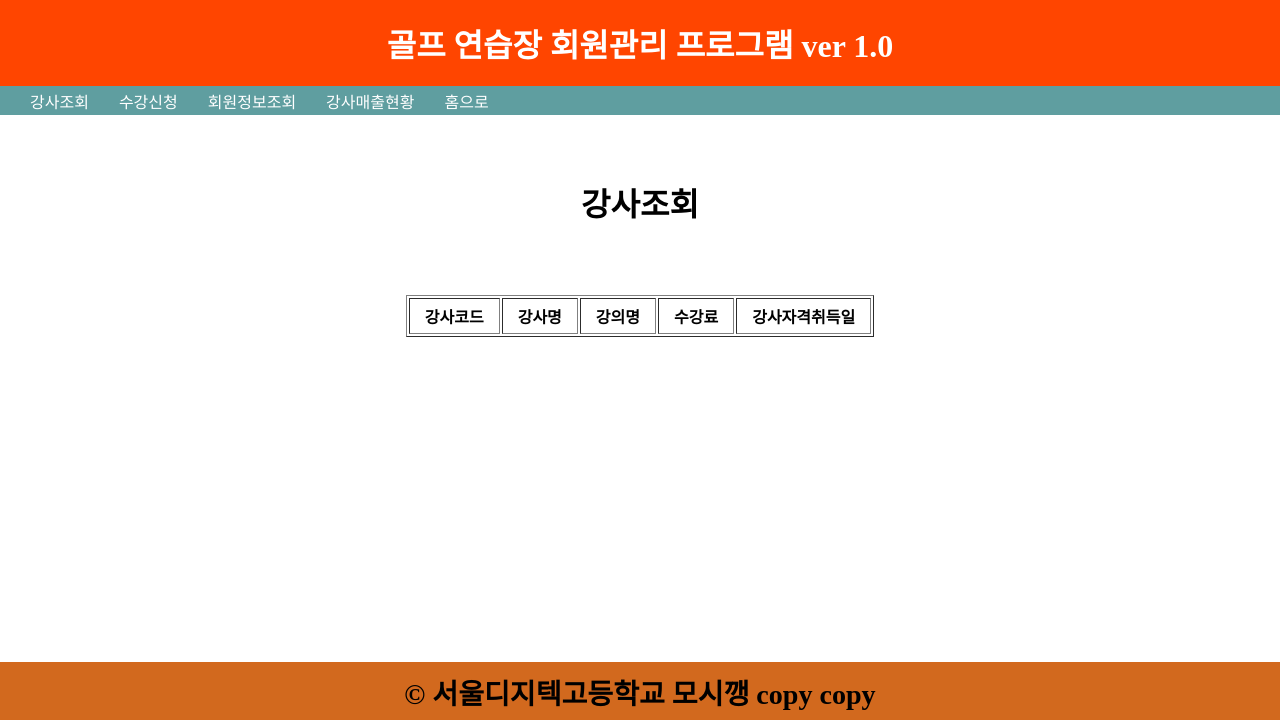
Repository: balhyo-younjisang/DigitechJSP
Page: http://localhost/golf/select.jsp
An editor plug-in stored every save of this project. The page is shown before and after the next save, followed by the edit.
The browser window is 1280 px wide. The pictures show the whole page.
The page is served by Tomcat 9. Queries for data that is not in the repository find no rows.

Above is the page before, as saved 2025-04-11 05:07:10.

### pizza0403/golf/src/main/webapp/select.jsp
<%@page import="java.sql.ResultSet"%>
<%@page import="java.sql.PreparedStatement"%>
<%@page import="golf.DBConnection"%>
<%@page import="java.sql.Connection"%>
<%@ page language="java" contentType="text/html; charset=UTF-8"
	pageEncoding="UTF-8"%>
<%
	Connection conn = DBConnection.getConnection();
	String sql = "SELECT m.MEM_NO, MEM_NM, to_char(to_date(class_ym, 'yyyymm'), 'yyyy\"년\"mm\"월\"') class_ym, class_nm, class_loc,"
			+ " trim(to_char(case when substr(m.mem_no, 1, 1) = '2' then ( t.class_price / 2) else t.class_price end, 'L999,999,999')) class_price,"
	+ " case when substr(m.mem_no, 1, 1) = '2' then 'VIP' else '일반' end"
	+ " FROM TBL_MEMBER_202305 m, tbl_class_202305 c, tbl_teacher_202305 t"
	+ " where m.mem_no = c.mem_no and c.teacher_cd = t.teacher_cd";
	PreparedStatement pstmt = conn.prepareStatement(sql);
	ResultSet rs = pstmt.executeQuery();
%>
<!DOCTYPE html>
<html>
<head>
<meta charset="UTF-8">
<title>골프 연습장 회원관리 프로그램 ver 1.0</title>
<link rel="stylesheet" href="./css/style.css">
</head>
<body>
	<%@ include file="./component/header.jsp"%>
	<main>
		<section class="title">
			<h2>강사조회</h2>
		</section>
		<section class="content">
			<form>
				<table border="1">
					<tr>
						<th>강사코드</th>
						<th>강사명</th>
						<th>강의명</th>
						<th>수강료</th>
						<th>강사자격취득일</th>
					</tr>
					<% while(rs.next()) { %>
					<tr>
						<td><%=rs.getString("teacher_cd") %></td>
						<td><%=rs.getString("teacher_nm") %></td>
						<td><%=rs.getString("class_nm") %></td>
						<td><%=rs.getString("class_price") %></td>
						<td><%=rs.getString("register_date") %></td>
					</tr>
					<% } %>
				</table>
			</form>
		</section>
	</main>
	<%@ include file="./component/footer.jsp"%>
</body>
<%
	DBConnection.close(rs, pstmt, conn);
%>
</html>

### pizza0403/golf/src/main/webapp/component/header.jsp
<%@ page language="java" contentType="text/html; charset=UTF-8"
	pageEncoding="UTF-8"%>
<header>
	<div>
		<h1>골프 연습장 회원관리 프로그램 ver 1.0</h1>
	</div>
	<nav>
		<ul class="gnb">
			<li><a href="teacher.jsp">강사조회</a></li>
			<li><a href="register.jsp">수강신청</a></li>
			<li><a href="select.jsp">회원정보조회</a></li>
			<li><a href="cost.jsp">강사매출현황</a></li>
			<li><a href="index.jsp">홈으로</a></li>
		</ul>
	</nav>
</header>

### pizza0403/golf/src/main/webapp/component/footer.jsp
<%@ page language="java" contentType="text/html; charset=UTF-8"
    pageEncoding="UTF-8"%>
<footer>
	<h3>
		&copy; 서울디지텍고등학교 모시깽 copy copy
	</h3>
</footer>

### pizza0403/golf/src/main/java/golf/DBConnection.java
package golf;

import java.sql.Connection;
import java.sql.DriverManager;
import java.sql.PreparedStatement;
import java.sql.ResultSet;

public class DBConnection {
	public static Connection getConnection() {
		Connection conn = null;
		try {
			Class.forName("oracle.jdbc.OracleDriver");
			conn = DriverManager.getConnection("jdbc:oracle:thin:@localhost:1521:xe", "system", "1234");
		} catch (Exception e) {
			System.out.println("DBConnection Failed :: e");
			e.printStackTrace();
		}

		return conn;
	}

	public static void close(PreparedStatement pstmt, Connection conn) {
		try {
			if(pstmt != null) pstmt.close();
			if(conn != null) conn.close();
		} catch (Exception e) {
			System.out.println("DBConnection close Failed :: e");
			e.printStackTrace();
		}
	}

	public static void close(ResultSet rs, PreparedStatement pstmt, Connection conn) {
		try {
			if(rs != null) rs.close();
			if(pstmt != null) pstmt.close();
			if(conn != null) conn.close();
		} catch (Exception e) {
			System.out.println("DBConnection close Failed :: e");
			e.printStackTrace();
		}
	}
}

### pizza0403/golf/src/main/webapp/css/style.css
@charset "UTF-8";

* {
	margin: 0;
	padding: 0;
	box-sizing: border-box;
}

a {
	text-decoration: none;
	color: inherit;
}

ul, li {
	list-style: none;
}

header {
	width: 100vw;
	height: 16vh;
}

header div {
	display: flex;
	align-items: center;
	justify-content: center;
	height: 12vh;
	background-color: orangered;
	color: white;
}

nav .gnb {
	display: flex;
	align-items: center;
	gap: 30px;
	padding-left: 30px;
	height: 4vh;
	background-color: cadetblue;
	color: white;
}

main {
	width: 100vw;
	height: calc(100vh - 16vh - 8vh);
}

main .title h2 {
	text-align: center;
	font-size: 32px;
	line-height: 180px;
	font-weight: bold;
}

main .content table tr {
	text-align: center;
}

main .content table th, td {
	padding: 5px 15px;
}

main .content {
	width: 100vw;
	display: flex;
	align-items: center;
	justify-content: center;
}

footer {
	width: 100vw;
	position: fixed;
	height: 8vh;
	bottom: 0;
	left: 0;
	background-color: chocolate;
	display: flex;
	align-items: center;
	justify-content: center;
	font-size: 24px;
}

After the next save:
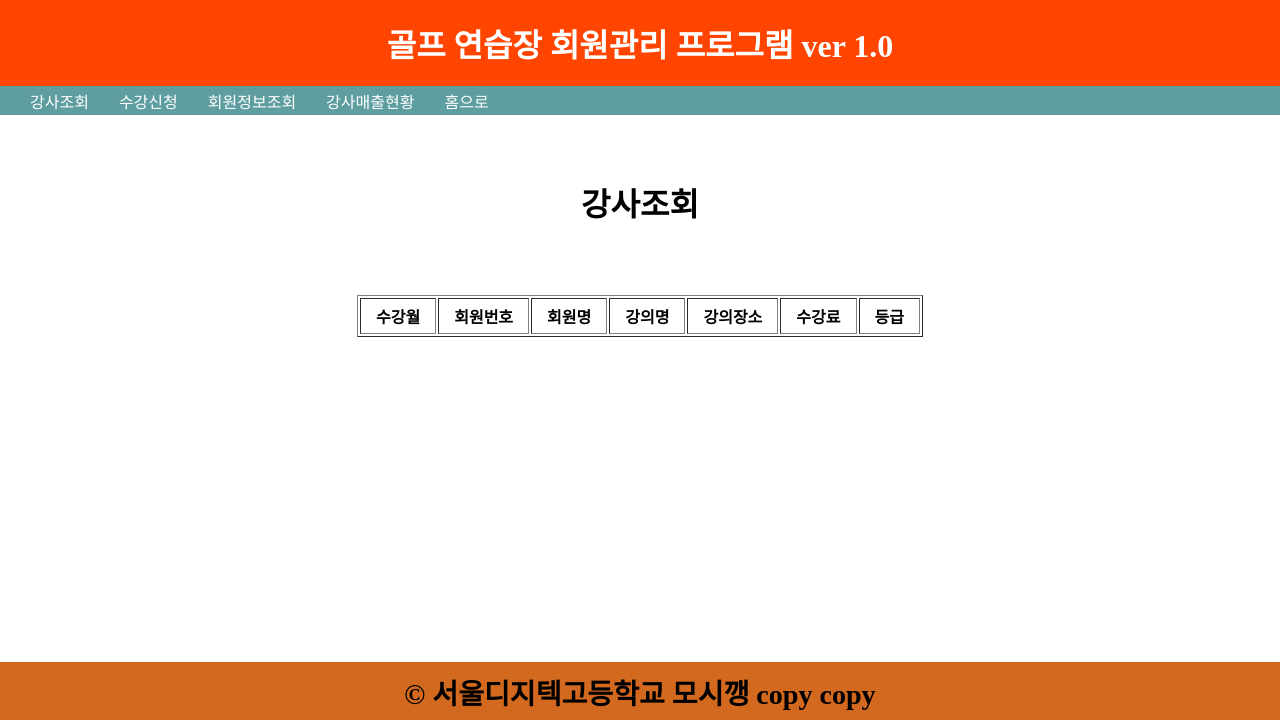
Saved 31 s later.
--- a/pizza0403/golf/src/main/webapp/select.jsp
+++ b/pizza0403/golf/src/main/webapp/select.jsp
@@ -31,11 +31,13 @@
 			<form>
 				<table border="1">
 					<tr>
-						<th>강사코드</th>
-						<th>강사명</th>
+						<th>수강월</th>
+						<th>회원번호</th>
+						<th>회원명</th>
 						<th>강의명</th>
+						<th>강의장소</th>
 						<th>수강료</th>
-						<th>강사자격취득일</th>
+						<th>등급</th>
 					</tr>
 					<% while(rs.next()) { %>
 					<tr>
